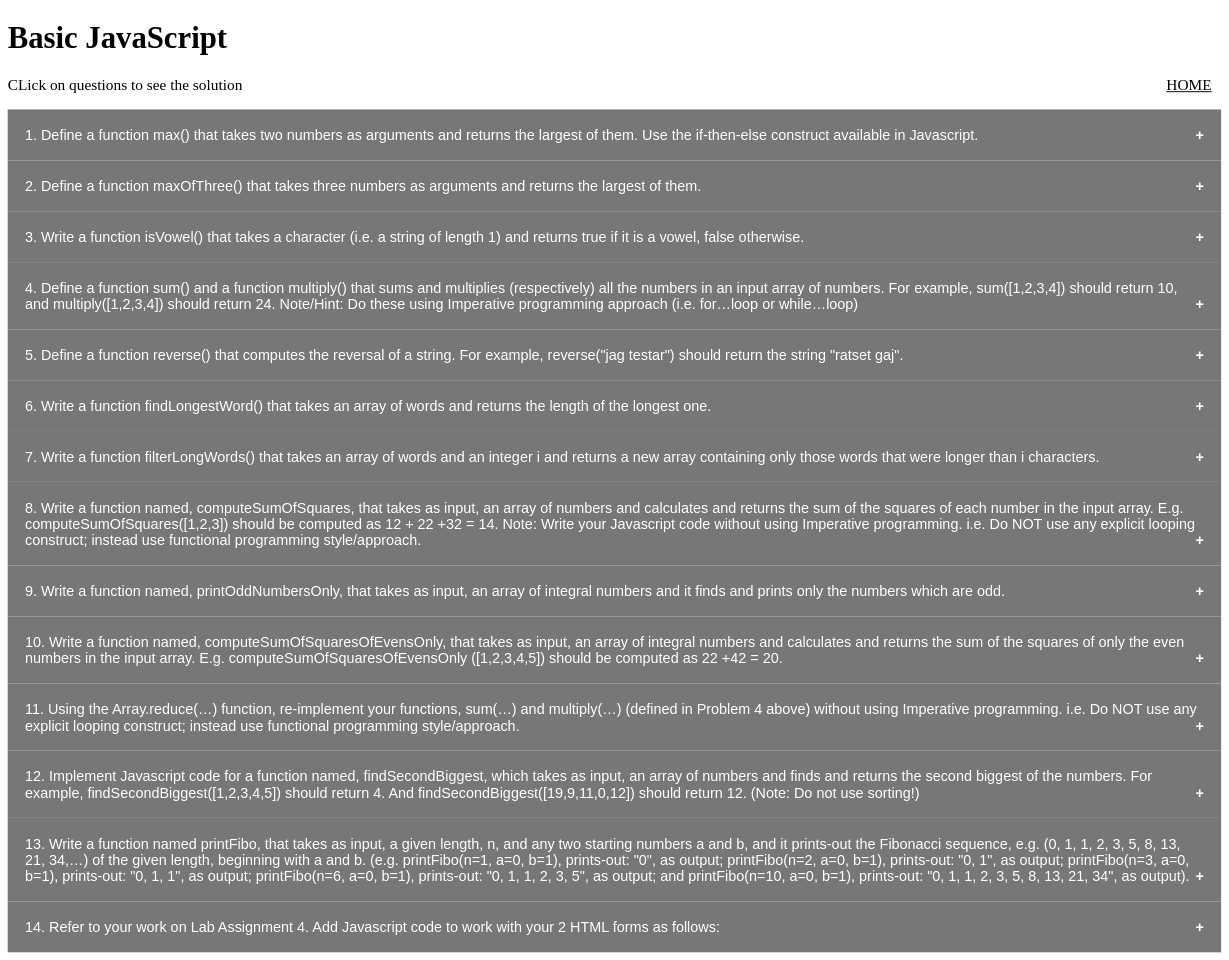
Repository: luqmang316/luqmang316.github.io
Page: BasicJavaScript/BasicJavaScript.html
An editor plug-in stored every save of this project. The page is shown before and after the next save, followed by the edit.
The browser window is 1280 px wide. The pictures show the whole page, at 96% of full size.

Above is the page before, as saved 2020-11-08 16:23:26.

### BasicJavaScript/BasicJavaScript.html
<!DOCTYPE html>
<html lang="en">

<head>
    <meta charset="UTF-8">
    <meta name="viewport" content="width=device-width, initial-scale=1.0">
    <title>Document</title>
    <link rel="stylesheet" type="text/css" href="../css/BasicJavaScript.css">
    <script src="../js/BasicJavaScript.js" type="text/javascript"></script>
</head>

<body>
    <h1> Basic JavaScript</h1>
    <a class="home" href="../index.html">HOME</a>

    <p>CLick on questions to see the solution</p>
    <button class="collapsible">1. Define a function max() that takes two numbers as arguments and returns the largest of them. Use the if-then-else construct available in Javascript.</button>
    <div class="content">

        <div class="box-left-column">
            <span>Find the Max between two numbers i.e 7,8</span>
            <p>
                <button onclick="max(7,8);">Find Max</button>
                <span>Result:</span>
                <span id="output"></span>
            </p>
        </div>

        <div class="box-right-column">
            <pre>
                &lt;script&gt;
                function max(num1 ,  num2) {
                    if(num1>num2)
                        return num1;
                    else
                        return num1
                }
                &lt;/script&gt;
            </pre>
        </div>
    </div>
    <button class="collapsible">2.	Define a function maxOfThree() that takes three numbers as arguments and returns the largest of them.</button>
    <div class="content">
        <div class="box-left-column">
            <span>Find the Max between three numbers i.e 7,8,121</span>
            <p>
                <button onclick="findMaxNumber(7,8,121);">Find Max</button>
                <span>Result:</span>
                <span id="output2"></span>
            </p>
        </div>

        <div class="box-right-column">
            <pre>
                &lt;script&gt;
                function findMaxNumber() {
                    let max = -Infinity;
                    for (let i = 0; i < arguments.length; i++) {
                        if (arguments[i] > max) {
                            max = arguments[i];
                        }
                    }
                    return max;
                }
                &lt;/script&gt;
            </pre>
        </div>
    </div>

    <button class="collapsible">3.	Write a function isVowel() that takes a character (i.e. a string of length 1) and returns true if it is a vowel, false otherwise.</button>
    <div class="content">
        <div class="box-left-column">
            <span>Check Weather the letter 'i' is Vowel or not</span>
            <p>
                <button onclick="isVowel('i');">Check Vowel</button>
                <span>Result:</span>
                <span id="output3"></span>
            </p>
        </div>

        <div class="box-right-column">
            <pre>
                &lt;script&gt;
                function isVowel(c) {
                    var result;
                    result = c == "A" || c == "a" || c == "E" || c == "e" || c == "I" || c == "i" || c == "O" || c == "o" || c == "U" || c == "u";
                    return result;
                }
                &lt;/script&gt;
            </pre>
        </div>
    </div>

    <button class="collapsible">4. Define a function sum() and a function multiply() that sums and multiplies (respectively) all the numbers in an input array of numbers. For example, sum([1,2,3,4]) should return 10, and multiply([1,2,3,4]) should return 24. Note/Hint: Do these using Imperative programming approach (i.e. for…loop or while…loop)</button>
    <div class="content">
        <div class="box-left-column">
            <span>For example, sum([1,2,3,4]) should return 10, and multiply([1,2,3,4]) should return 24.</span>
            <p>
                <button onclick="sum([1,2,3,4]);">Check Sum</button>
                <span>Sum Result:</span>
                <span id="output4a"></span>
                <button onclick="multiply([1,2,3,4]);">Check Multiply</button>
                <span>Multiply Result:</span>
                <span id="output4b"></span>
            </p>
        </div>

        <div class="box-right-column">
            <pre>
                &lt;script&gt;
                function sum(arr) {
                    let total = 0;
                    for (let i in arr) {
                        total += arr[i];
                    }
                    return total;
                }

                function multiply(arr) {
                    let total = 1;
                    for (let i in arr) {
                        total *= arr[i];
                    }
                    return total;
                }
                &lt;/script&gt;
            </pre>
        </div>
    </div>


    <button class="collapsible">5.	Define a function reverse() that computes the reversal of a string. For example, reverse("jag testar") should return the string "ratset gaj".</button>
    <div class="content">
        <div class="box-left-column">
            <span>For example, reverse("jag testar") should return the string "ratset gaj".</span>
            <p>
                <button onclick="reverse('jag testar');">Find Reverse</button>
                <span>Result:</span>
                <span id="output5"></span>
            </p>
        </div>

        <div class="box-right-column">
            <pre>
                &lt;script&gt;
                function reverse(oldstr) {
                    let reverseStr='';
                    for (let i = oldstr.length - 1; i >= 0; i--) {
                        reverseStr += oldstr[i];
                    }
                    return reverseStr;
                }
                &lt;/script&gt;
            </pre>
        </div>
    </div>


    <button class="collapsible">6.	Write a function findLongestWord() that takes an array of words and returns the length of the longest one.</button>
    <div class="content">
        <div class="box-left-column">
            <span>Find the findLongestWord() i.e owais ,obina ,Maharishi, john , alice</span>
            <p>
                <button onclick="findLongestWord(['owais' ,'obina' ,'Maharishi']);">Find Longest Word</button>
                <span>Result:</span>
                <span id="output6"></span>
            </p>
        </div>

        <div class="box-right-column">
            <pre>
                &lt;script&gt;
                function findLongestWord(strArray) {
                    let word = null;
                    let lw = 0;
                    strArray.forEach(function (str) {
                        if (lw < str.length) {
                            lw = str.length;
                            word = str;
                        }
                    });
                    return word;
                }
                &lt;/script&gt;
            </pre>
        </div>
    </div>

    <button class="collapsible">7.	Write a function filterLongWords() that takes an array of words and an integer i and returns a new array containing only those words that were longer than i characters.</button>
    <div class="content">
        <div class="box-left-column">
            <span> FilterLongWords i.e owais ,obina ,Maharishi, john , alice with length greater then 4.</span>
            <p>
                <button onclick="filterLongWords(['owais' ,'obina' ,'Maharishi','john','alice'],4);">Find Max</button>
                <span>Result:</span>
                <span id="output7"></span>
            </p>
        </div>

        <div class="box-right-column">
            <pre>
                &lt;script&gt;
                function filterLongWords(strArray, intVal) {
                    let word = new Array();
                    let lw = 0;
                    strArray.forEach(function (str) {
                        if (intVal < str.length) {
                            word.push(str);
                        }
                    });
                    return word;
                }
                &lt;/script&gt;
            </pre>
        </div>
    </div>

    <button class="collapsible">8.	Write a function named, computeSumOfSquares, that takes as input, an array of numbers and calculates and returns the sum of the squares of each number in the input array. E.g. computeSumOfSquares([1,2,3]) should be computed as 12 + 22 +32 = 14. Note: Write your Javascript code without using Imperative programming. i.e. Do NOT use any explicit looping construct; instead use functional programming style/approach.</button>
    <div class="content">
        <div class="box-left-column">
            <span>E.g. computeSumOfSquares([1,2,3]) should be computed as 12 + 22 +32 = 14</span>
            <p>
                <button onclick="computeSumOfSquares([1,2,3]);">Compute Sum Of Squares</button>
                <span>Result:</span>
                <span id="output8"></span>
            </p>
        </div>

        <div class="box-right-column">
            <pre>
                &lt;script&gt;
                function computeSumOfSquares(arr){
                    let r = arr.reduce(function (a, b) {
                        return a+(b*b);
                    })
                    return r
                }
                &lt;/script&gt;
            </pre>
        </div>
    </div>

    <button class="collapsible">9.	Write a function named, printOddNumbersOnly, that takes as input, an array of integral numbers and it finds and prints only the numbers which are odd.</button>
    <div class="content">
        <div class="box-left-column">
            <span>Find Odd Numbers i.e 1,2,3,8,4,7,6,9</span>
            <p>
                <button onclick="printOddNumbersOnly([1,2,3,8,4,7,6,9]);">Find Odd Numbers</button>
                <span>Result:</span>
                <span id="output9"></span>
            </p>
        </div>

        <div class="box-right-column">
            <pre>
                &lt;script&gt;
                function printOddNumbersOnly(intArray){
                    for(let i=0; i < intArray.length; i++){
                        if((intArray[i] % 2) == 0){
                            continue;
                        }else{
                            console.log(intArray[i] +" is Odd Number");
                        }
                    }
                }
                &lt;/script&gt;
            </pre>
        </div>
    </div>


    <button class="collapsible">10.	Write a function named, computeSumOfSquaresOfEvensOnly, that takes as input, an array of integral numbers and calculates and returns the sum of the squares of only the even numbers in the input array. E.g. computeSumOfSquaresOfEvensOnly ([1,2,3,4,5]) should be computed as 22 +42 = 20.</button>
    <div class="content">
        <div class="box-left-column">
            <span>E.g. computeSumOfSquaresOfEvensOnly ([1,2,3,4,5]) should be computed as 4 +16 = 20.</span>
            <p>
                <button onclick="computeSumOfSquaresOfEvensOnly([1,2,3,4,5]);">Compute Sum Of Squares Of Events</button>
                <span>Result:</span>
                <span id="output10"></span>
            </p>
        </div>

        <div class="box-right-column">
            <pre>
                &lt;script&gt;
                function computeSumOfSquaresOfEvensOnly(intArray){
                    let total =0;
                    for(let i=0; i < intArray.length; i++){
                        if((intArray[i] % 2) == 0){
                            total+=intArray[i]*intArray[i]
                        }
                    }
                    return total;
                }
                &lt;/script&gt;
            </pre>
        </div>
    </div>

    <button class="collapsible">11.	Using the Array.reduce(…) function, re-implement your functions, sum(…) and multiply(…) (defined in Problem 4 above) without using Imperative programming. i.e. Do NOT use any explicit looping construct; instead use functional programming style/approach. </button>
    <div class="content">
        <div class="box-left-column">
            <span>E.g. sumUsingReduce([1,2,3,4]) =10, multiplyUsingReduce([1,2,3,4])=24</span>
            <p>
                <button onclick="sumUsingReduce([1,2,3,4]);">Sum Using Reduce</button>
                <span>Sum Result:</span>
                <span id="output11a"></span>
                <button onclick="multiplyUsingReduce([1,2,3,4]);">Multiply Using Reduce</button>
                <span>Multiply Result:</span>
                <span id="output11b"></span>
            </p>
        </div>

        <div class="box-right-column">
            <pre>
                &lt;script&gt;
                function sumUsingReduce(arr) {
                    let r = arr.reduce(function (a, b) {
                        return a+b;
                      })
                    return r
                }

                function multiplyUsingReduce(arr) {
                    let r = arr.reduce(function (a, b) {
                        return a*b;
                      })
                    return r
                }
                &lt;/script&gt;
            </pre>
        </div>
    </div>

    <button class="collapsible">12.	Implement Javascript code for a function named, findSecondBiggest, which takes as input, an array of numbers and finds and returns the second biggest of the numbers. For example, findSecondBiggest([1,2,3,4,5]) should return 4. And findSecondBiggest([19,9,11,0,12]) should return 12. (Note: Do not use sorting!)</button>
    <div class="content">
        <div class="box-left-column">
            <span>E.g. FindSecondBiggest([19,9,11,0,12]) should return 12</span>
            <p>
                <button onclick="findSecondBiggest([19,9,11,0,12]);">Find Second Biggest</button>
                <span>Result:</span>
                <span id="output12"></span>
            </p>
        </div>

        <div class="box-right-column">
            <pre>
                &lt;script&gt;
                function findSecondBiggest(arr) {
                    let max =0, secondMax = 0;

                    for (const value of arr) {
                        if (value > max) {
                            [secondMax, max] = [max, value]
                        } else if (value < max && value > secondMax) {
                            secondMax = value;
                        }
                    }

                    return secondMax;
                }
                &lt;/script&gt;
            </pre>
        </div>
    </div>


    <button class="collapsible">13.	Write a function named printFibo, that takes as input, a given length, n, and any two starting numbers a and b, and it prints-out the Fibonacci sequence, e.g. (0, 1, 1, 2, 3, 5, 8, 13, 21, 34,…) of the given length, beginning with a and b. (e.g. printFibo(n=1, a=0, b=1), prints-out: "0", as output; printFibo(n=2, a=0, b=1), prints-out: "0, 1", as output; printFibo(n=3, a=0, b=1), prints-out: "0, 1, 1", as output; printFibo(n=6, a=0, b=1), prints-out: "0, 1, 1, 2, 3, 5", as output; and printFibo(n=10, a=0, b=1), prints-out: "0, 1, 1, 2, 3, 5, 8, 13, 21, 34", as output).</button>
    <div class="content">
        <div class="box-left-column">
            <span>Print Fibonaci Series E.g. (0, 1, 1, 2, 3, 5, 8, 13, 21, 34,…) </span>
            <p>
                <button onclick="printFibo(9, 0, 1 );">Print Fibonaci Series</button>
                <span>Result:</span>
                <span id="output13"></span>
            </p>
        </div>

        <div class="box-right-column">
            <pre>
                &lt;script&gt;
                function printFibo(n, a, b ){
                    if(n>0){
                        console.log(a);
                    }
                    if(n>1){
                        console.log(b);
                    }
                    for (let i = 2; i < n; i++) {
                        let r = a+b;
                        a=b;
                        b=r;
                        console.log(r);
                    }
                }
                &lt;/script&gt;
            </pre>
        </div>
    </div>

    <button class="collapsible">14.	Refer to your work on Lab Assignment 4. Add Javascript code to work with your 2 HTML forms as follows:</button>
    <div class="content">
        <p>
            <span>a. Login Form: Add code such that when the Submit button is clicked, the values entered in the input fields are printed to the Console.</span>
            <br/>
            <br/>
            <a href="../w1d4/loginForm.html">Login Form</a>

        </p>
        <p>
            <span>b. New Product Form: Add code such that when the Submit button is clicked, the values entered in the input fields are displayed in a pop-up window.</span>
            <br/>
            <a href="../w1d4/productForm.html">New Product Form</a>
        </p>

    </div>


</body>

</html>

### css/BasicJavaScript.css
.collapsible {
    background-color: #777;
    color: white;
    cursor: pointer;
    padding: 18px;
    width: 100%;
    border: none;
    text-align: left;
    outline: none;
    font-size: 15px;
  }

  .active, .collapsible:hover {
    background-color: #555;
  }

  .collapsible:after {
    content: '\002B';
    color: white;
    font-weight: bold;
    float: right;
    margin-left: 5px;
  }

  .active:after {
    content: "\2212";
  }

  .content {
    padding: 0 18px;
    max-height: 0;
    overflow: hidden;
    transition: max-height 0.2s ease-out;
    background-color: #f1f1f1;
    display: grid;
    grid-template-columns: 550px 450px;
    grid-template-rows: auto;
    overflow: hidden;
  }

.box-right-column{
    padding-bottom: 40px;
}
.box-left-column{
    background-color: #fff;
    padding-bottom: 5px;
}


.home{
  float: right;
  margin-right: 10px;
  color:black;
}

### js/BasicJavaScript.js
"use strict";

function max(num1 ,  num2) {
    if(num1>num2)
    document.getElementById("output").innerHTML = num1;
    else
    document.getElementById("output").innerHTML = num2;
}


function findMax() {
    let max = -Infinity;
    for (let i = 0; i < arguments.length; i++) {
        if (arguments[i] > max) {
            max = arguments[i];
        }
    }
    document.getElementById("output").innerHTML = max;
}

function findMaxNumber() {
    let max = -Infinity;
    for (let i = 0; i < arguments.length; i++) {
        if (arguments[i] > max) {
            max = arguments[i];
        }
    }
    document.getElementById("output2").innerHTML = max;
}

function isVowel(c) {
    var result;
    result = c == "A" || c == "a" || c == "E" || c == "e" || c == "I" || c == "i" || c == "O" || c == "o" || c == "U" || c == "u";
    document.getElementById("output3").innerHTML = result;
}

function sum(arr) {
    let total = 0;
    for (let i in arr) {
        total += arr[i];
    }
    document.getElementById("output4a").innerHTML = total;
}

function multiply(arr) {
    let total = 1;
    for (let i in arr) {
        total *= arr[i];
    }
    document.getElementById("output4b").innerHTML = total;
}

function reverse(oldstr) {
    let reverseStr='';
    for (let i = oldstr.length - 1; i >= 0; i--) {
        reverseStr += oldstr[i];
    }
    document.getElementById("output5").innerHTML =reverseStr;
}

function findLongestWord(strArray) {
    let word = null;
    let lw = 0;
    strArray.forEach(function (str) {
        if (lw < str.length) {
            lw = str.length;
            word = str;
        }
    });
    document.getElementById("output6").innerHTML = word;
}

function filterLongWords(strArray, intVal) {
    let word = new Array();
    let lw = 0;
    strArray.forEach(function (str) {
        if (intVal < str.length) {
            word.push(str);
        }
    });
    document.getElementById("output7").innerHTML =  word;
}

function computeSumOfSquares(arr){
    let r = arr.reduce(function (a, b) {
        return a+(b*b);
    })
    document.getElementById("output8").innerHTML =  r
}

function printOddNumbersOnly(intArray){
    let oddArray = new Array();
    for(let i=0; i < intArray.length; i++){
        if((intArray[i] % 2) == 0){
            continue;
        }else{
            oddArray.push(intArray[i]);
            console.log(intArray[i] +" is Odd Number");
        }
    }
    document.getElementById("output9").innerHTML = oddArray;
}

function computeSumOfSquaresOfEvensOnly(intArray){
    let total =0;
    for(let i=0; i < intArray.length; i++){
        if((intArray[i] % 2) == 0){
            total+=intArray[i]*intArray[i]
        }
    }
    document.getElementById("output10").innerHTML = total;
}

function sumUsingReduce(arr) {
    let r = arr.reduce(function (a, b) {
        return a+b;
      })
      document.getElementById("output11a").innerHTML = r;
}

function multiplyUsingReduce(arr) {
    let r = arr.reduce(function (a, b) {
        return a*b;
      })
      document.getElementById("output11b").innerHTML = r;
}

function findSecondBiggest(arr) {
    let max =0, secondMax = 0;

    for (const value of arr) {
        if (value > max) {
            [secondMax, max] = [max, value]
        } else if (value < max && value > secondMax) {
            secondMax = value;
        }
    }

    document.getElementById("output12").innerHTML = secondMax;
}

function printFibo(n, a, b ){
    let fiboArray = new Array();
    if(n>0){
        console.log(a);
        fiboArray.push(a);
    }

    if(n>1){
        console.log(b);
        fiboArray.push(b);
    }
    for (let i = 2; i < n; i++) {
        let r = a+b;
        a=b;
        b=r;
        console.log(r);
        fiboArray.push(r);
    }
    document.getElementById("output13").innerHTML = fiboArray;
}

After the next save:
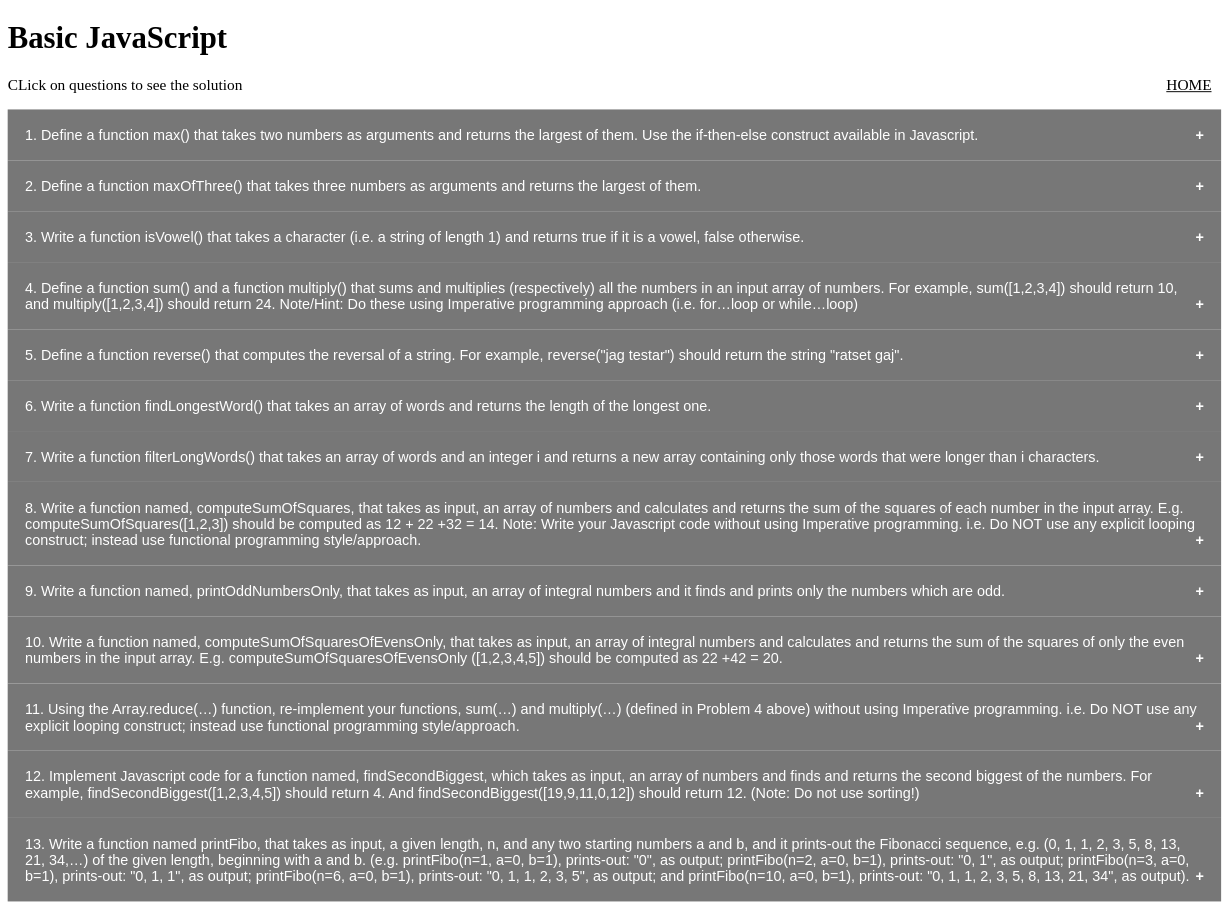
Saved 19 s later.
--- a/BasicJavaScript/BasicJavaScript.html
+++ b/BasicJavaScript/BasicJavaScript.html
@@ -398,23 +398,6 @@
         </div>
     </div>
 
-    <button class="collapsible">14.	Refer to your work on Lab Assignment 4. Add Javascript code to work with your 2 HTML forms as follows:</button>
-    <div class="content">
-        <p>
-            <span>a. Login Form: Add code such that when the Submit button is clicked, the values entered in the input fields are printed to the Console.</span>
-            <br/>
-            <br/>
-            <a href="../w1d4/loginForm.html">Login Form</a>
-
-        </p>
-        <p>
-            <span>b. New Product Form: Add code such that when the Submit button is clicked, the values entered in the input fields are displayed in a pop-up window.</span>
-            <br/>
-            <a href="../w1d4/productForm.html">New Product Form</a>
-        </p>
-
-    </div>
-
 
 </body>
 
